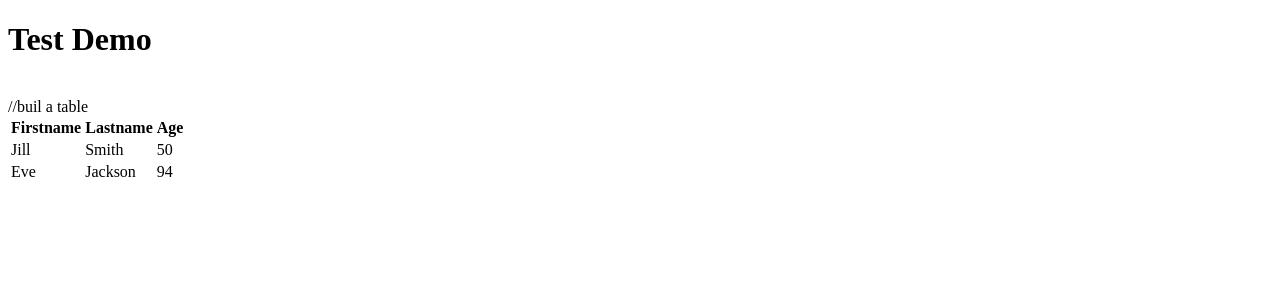
Repository: cavidk/taco_shop-web
Page: <!DOCTYPE html>.html
An editor plug-in stored every save of this project. The page is shown before and after the next save, followed by the edit.
The browser window is 1280 px wide. The pictures show the whole page.

Above is the page before, as saved 2024-06-07 11:50:32.

### <!DOCTYPE html>.html
<!DOCTYPE html>
<html lang="en">
<head>
   <meta charset="UTF-8">
   <meta name="viewport" content="width=device-width, initial-scale=1.0">
   <link rel="stylesheet" main="main.css" type="text/css"></link>
   <title>Document</title>
</head>
<body>
   <h1>Test Demo</h1>
<br>

   <table>
    //buil a table
      <tr>
         <th>Firstname</th>
         <th>Lastname</th>
         <th>Age</th>
      </tr>
      <tr>
         <td>Jill</td>
         <td>Smith</td>
         <td>50</td>
      </tr>
      <tr>
         <td>Eve</td>
         <td>Jackson</td>
         <td>94</td>
      </tr>
   </table>

</body>
</html>

After the next save:
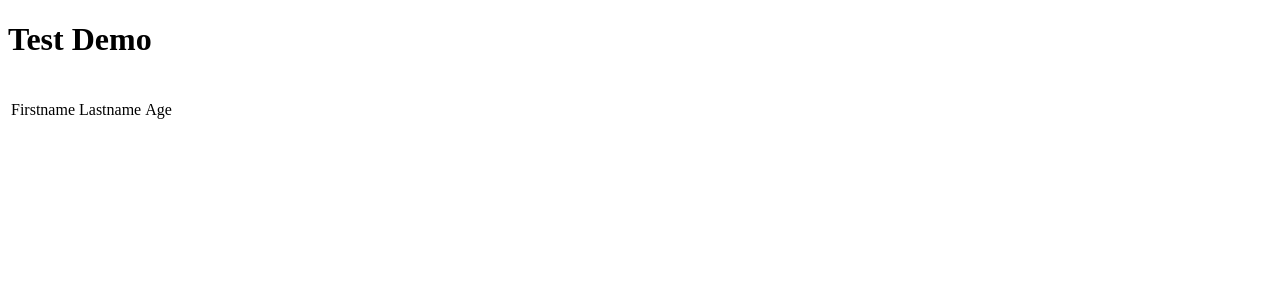
Saved 2 min 30 s later.
--- a/<!DOCTYPE html>.html
+++ b/<!DOCTYPE html>.html
@@ -11,21 +11,10 @@
 <br>
 
    <table>
-    //buil a table
-      <tr>
-         <th>Firstname</th>
-         <th>Lastname</th>
-         <th>Age</th>
-      </tr>
-      <tr>
-         <td>Jill</td>
-         <td>Smith</td>
-         <td>50</td>
-      </tr>
-      <tr>
-         <td>Eve</td>
-         <td>Jackson</td>
-         <td>94</td>
+   <tr>
+      <td>Firstname</td>
+      <td>Lastname</td>
+      <td>Age</td>
       </tr>
    </table>
 
